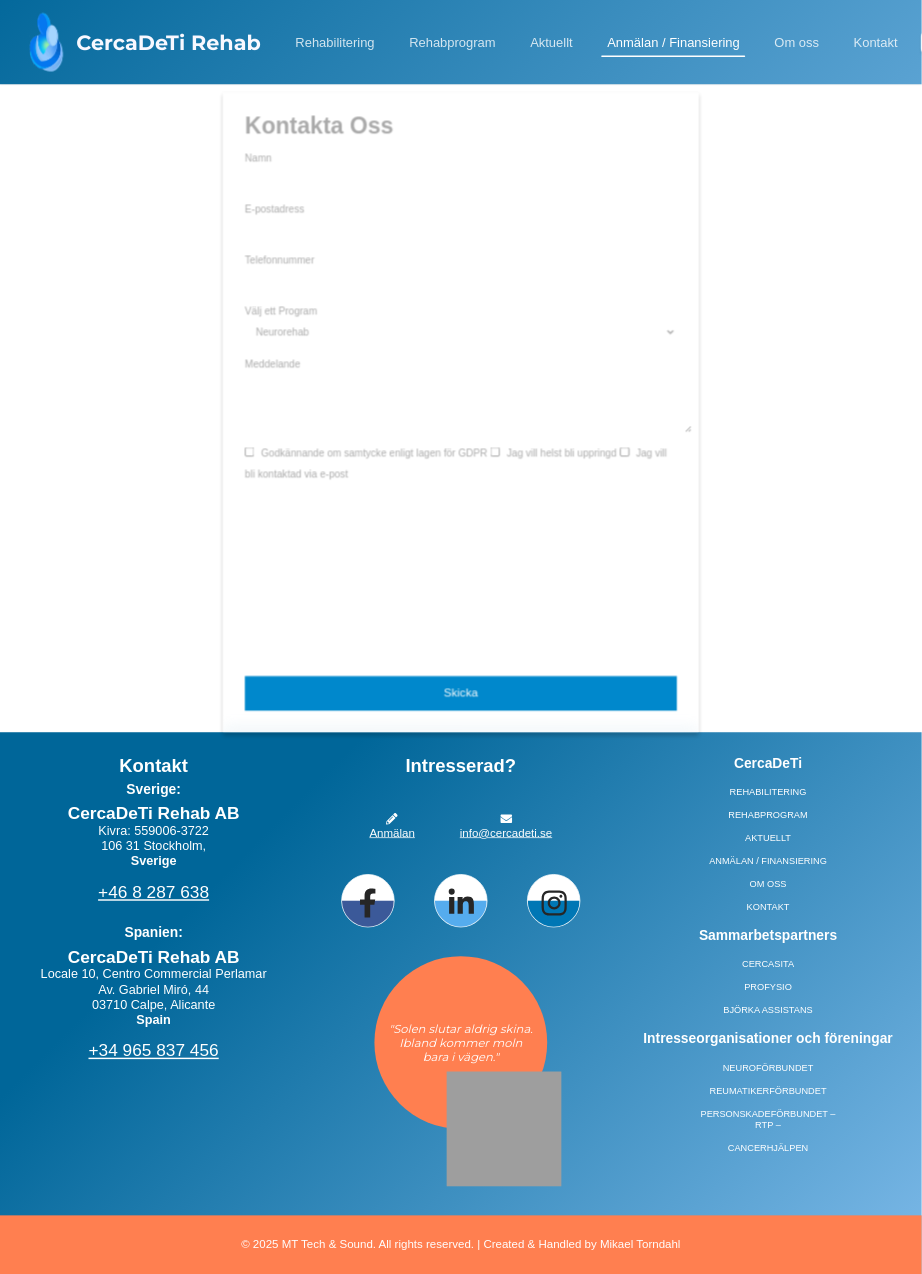
Repository: micketorndahl/CercaDeTi-rehab
Page: anmalan-form.html
An editor plug-in stored every save of this project. The page is shown before and after the next save, followed by the edit.
The browser window is 1280 px wide. The pictures show the whole page, at 72% of full size.
Pictures or frames that could not be fetched are drawn as grey boxes. The page's requests for data from a server got no answer. Some web fonts or font styles are not loaded; a fallback is used. Some web libraries are served in a nearby version.

Above is the page before, as saved 2025-02-01 18:32:17.
Console error: TypeError: Cannot read properties of null (reading 'addEventListener')

After the next save:
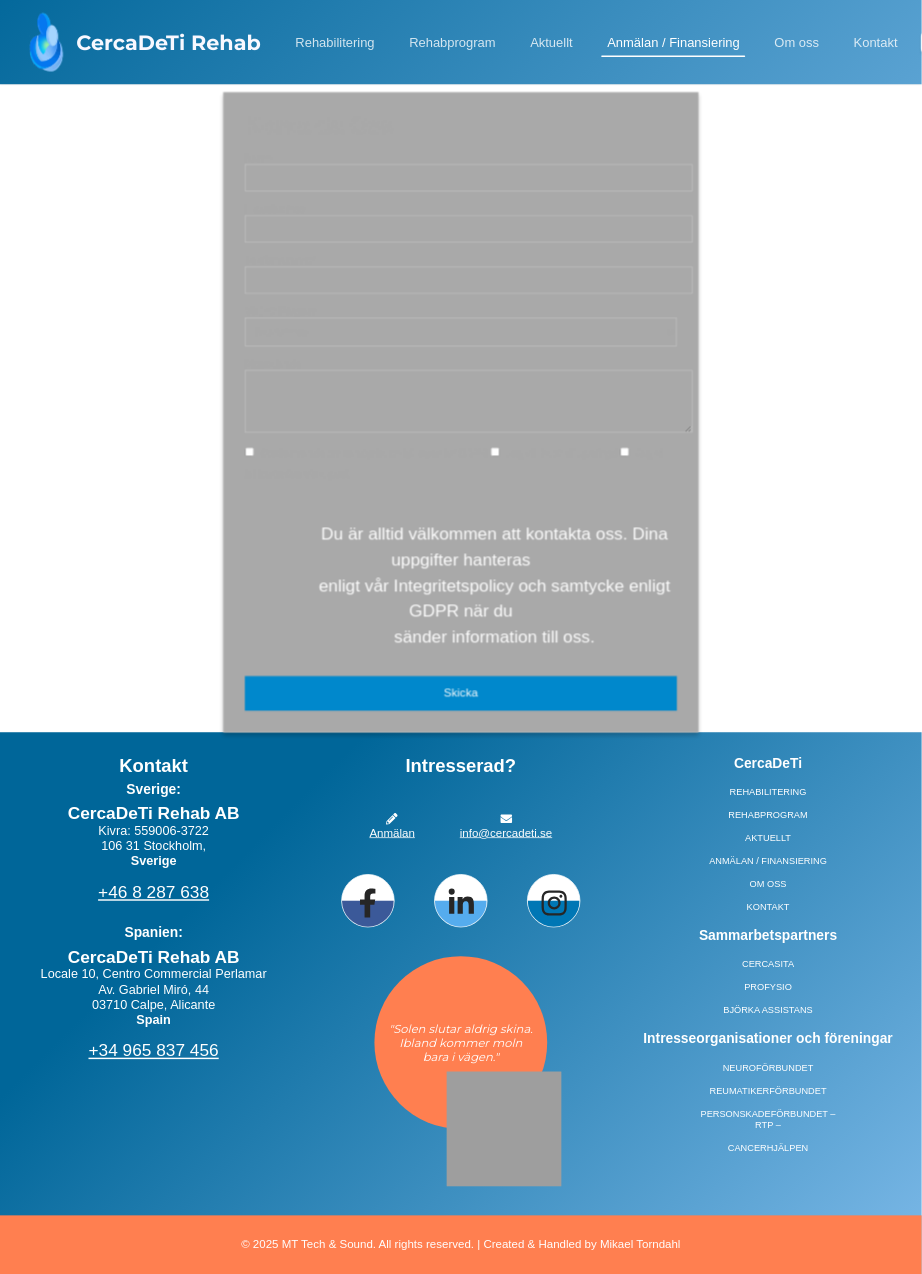
Saved 15 s later.
--- a/css/layout.css
+++ b/css/layout.css
@@ -286,7 +286,7 @@
 }
 
 .form-container {
-  background: rgba(255, 255, 255, 0.1);
+  background: var(--darkgray);
   backdrop-filter: blur(10px);
   margin-top: 8rem;
   padding: 30px;
